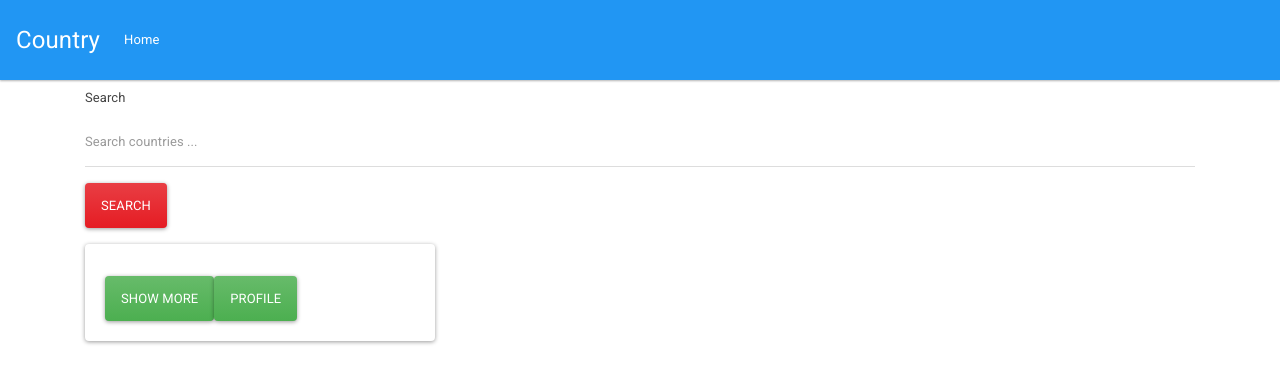
Repository: abdelhak-f/Countries_React
Page: / (app in client/)
An editor plug-in stored every save of this project. The page is shown before and after the next save, followed by the edit.
The browser window is 1280 px wide. The pictures show the whole page.
The page's requests for data from a server got no answer. The project was rebuilt for these pictures with package versions that can differ from the ones it lists, and the page was loaded fresh each time. No one was signed in, and anything a server would have sent is missing.

Above is the page before, as saved 2021-05-06 11:50:26.

After the next save:
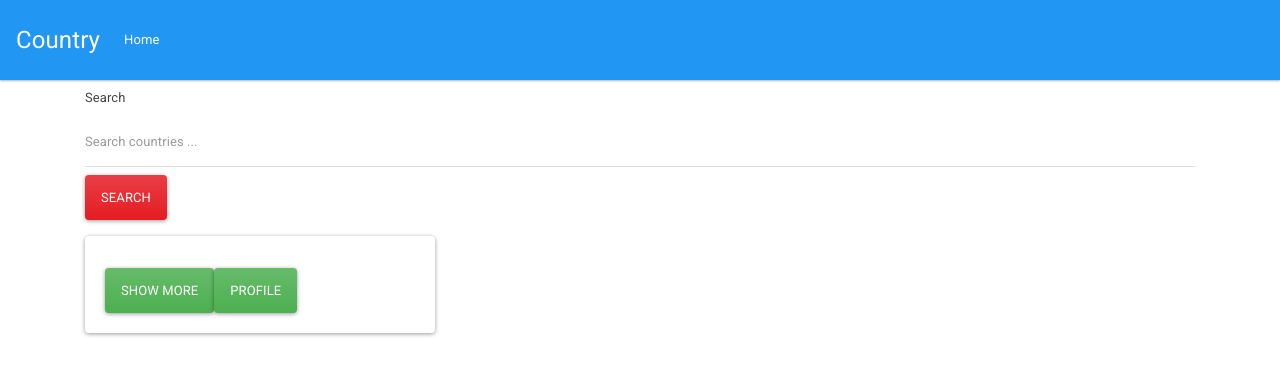
Saved 27 s later.
--- a/client/src/components/countrys/SearchCountry.jsx
+++ b/client/src/components/countrys/SearchCountry.jsx
@@ -5,7 +5,7 @@ class SearchCountry extends Component {
     return (
       <>
         <form >
-            <div className="form-group mt-2">
+            <div className="form-group my-2">
                 <label htmlFor="search">Search</label>
                 <input placeholder='Search countries ...' id="search" type="text" className="form-control"/>
                 </div>
